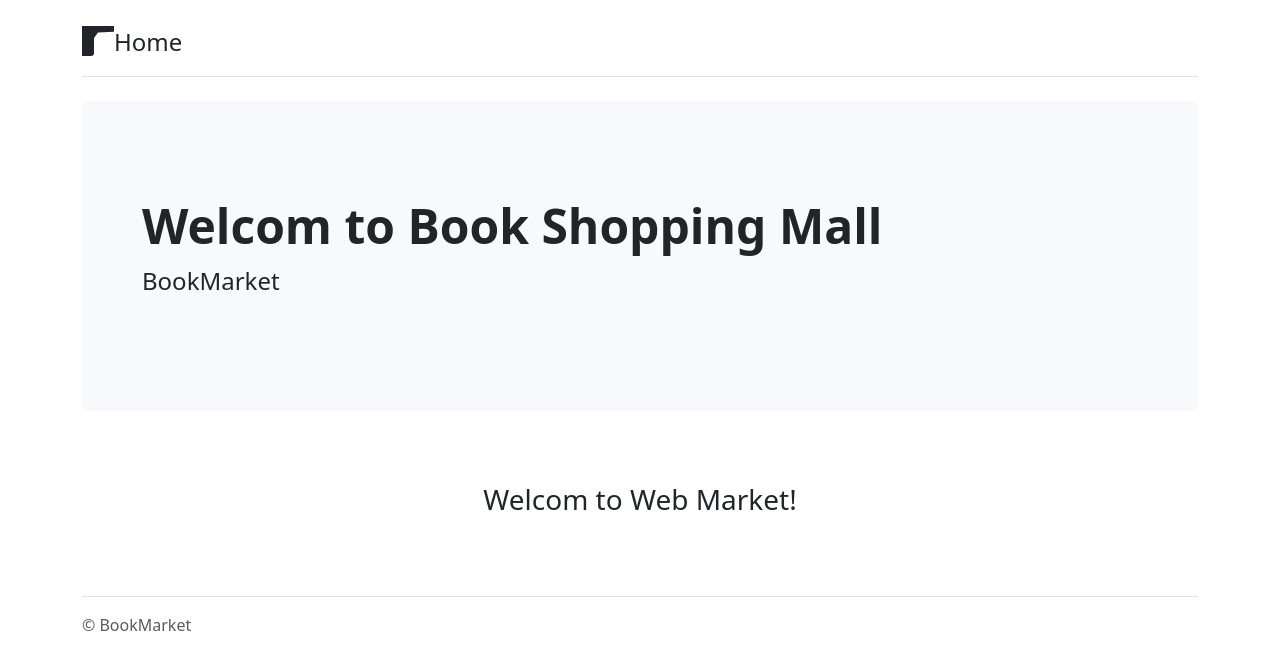
Repository: SJM7301/KH-JSP
Page: http://localhost/JSPBook/welcome.jsp
The author's editor kept a copy of each file at every save. The page is drawn from the files as they stood at one save, then again after the next save.
The browser window is 1280 px wide. The pictures show the whole page.
The page is served by Tomcat 10. Nobody is signed in. The application's start-up code is not run.

Above is the page before, as saved 2025-01-31 07:28:04.

After the next save:
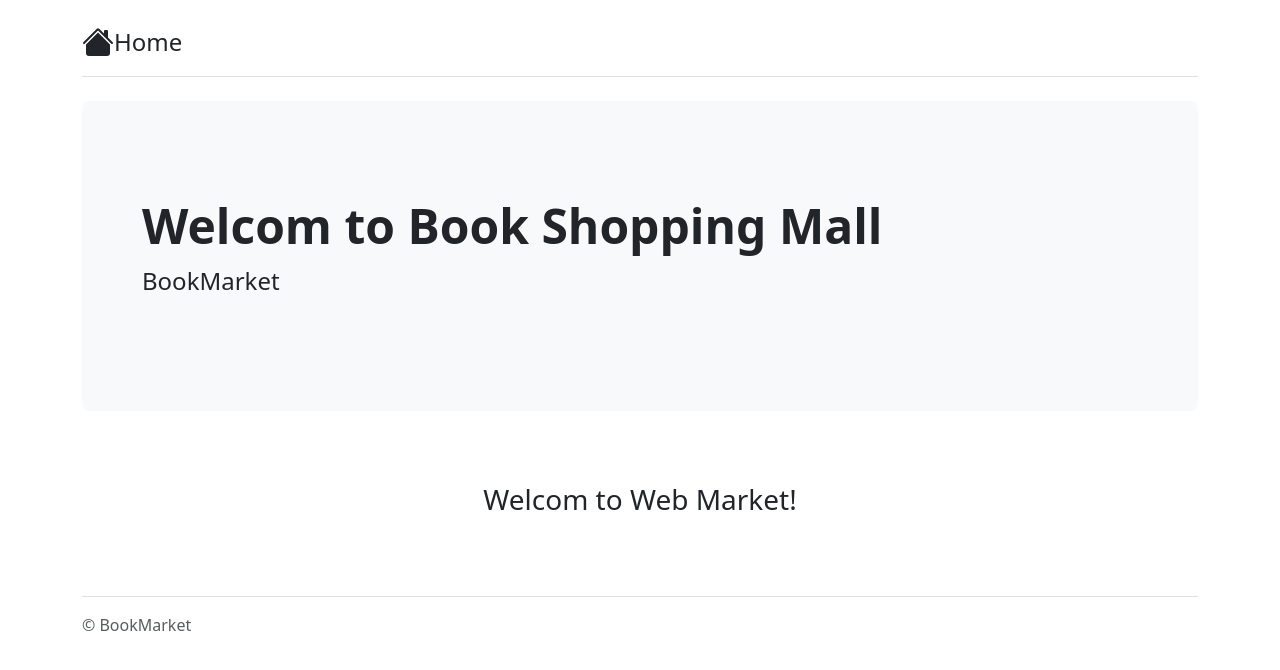
Saved 3 min 29 s later.
--- a/JSPBook/src/main/webapp/welcome.jsp
+++ b/JSPBook/src/main/webapp/welcome.jsp
@@ -7,20 +7,15 @@
 <title>Welcome</title>
 
 <link
-	href="https://cdn.jsdelivr.net/npm/bootstrap@5.3.3/dist/css/bootstrap.min.css"
-	rel="stylesheet">
+	href="https://cdn.jsdelivr.net/npm/bootstrap@5.3.3/dist/css/bootstrap.min.css" rel="stylesheet">
 </head>
 <body>
 	<div class="container py-4">
 		<header class="pb-3 mb-4 border-bottom">
-			<a href="./welcom.jsp"
-				class="d-flex align-items-center text-dark text-decoration-none">
-			<svg width="32" height="32" fill="currentColor"
-				class="bi bi-house-fill" viewBox="0 0 16 16">
-			<path
-				d="M8.707 1.5a1 1 0 0 0-1.414 0L.646 8.146a.5.5 0 0 0 .708.708L82.207l6 .646 6.647a.5.5 0 0 0 .708-708L13 5.793V2.5a.5.5 0 0 0-.5-.5h-1a.5.5 0 0 0-.5.5v1.293L8.707 1.5Z" />
-			<path
-				d="M8 3.293 6 6V13.5a1.5 1.5 0 0 1-1.5 1.5h-9A1.5 1.5 0 0 1 213 .5V9.29316-6Z" />
+			<a href="./welcom.jsp" class="d-flex align-items-center text-dark text-decoration-none">
+			<svg width="32" height="32" fill="currentColor" class="bi bi-house-fill" viewBox="0 0 16 16">
+				<path d="M8.707 1.5a1 1 0 0 0-1.414 0L.646 8.146a.5.5 0 0 0 .708.708L8 2.207l6.646 6.647a.5.5 0 0 0 .708-.708L13 5.793V2.5a.5.5 0 0 0-.5-.5h-1a.5.5 0 0 0-.5.5v1.293L8.707 1.5Z"/>
+				<path d="m8 3.293 6 6V13.5a1.5 1.5 0 0 1-1.5 1.5h-9A1.5 1.5 0 0 1 2 13.5V9.293l6-6Z"/>
 			</svg>
 				<span class="fs-4">Home</span>
 			</a>
